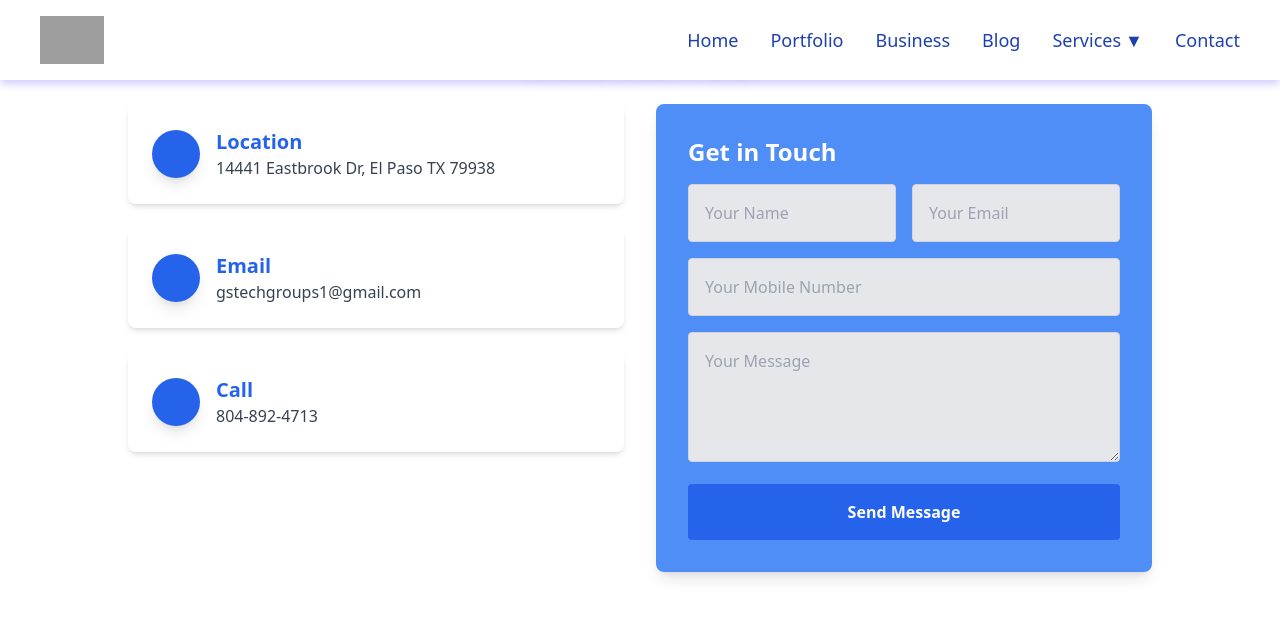
Repository: Rudra-Eswaran/Rudra_Official
Page: /
These files come from the project's save history. The page is drawn as it stood at one moment and after the next save; the edit follows.
The browser window is 1280 px wide. The pictures show the whole page.
Pictures or frames that could not be fetched are drawn as grey boxes. Some web libraries are served in a nearby version. The project was rebuilt for these pictures with package versions that can differ from the ones it lists, and the page was loaded fresh each time. Also part of the build but not shown: vite.config.js.

Above is the page before, as saved 2025-04-15 18:55:50.

After the next save:
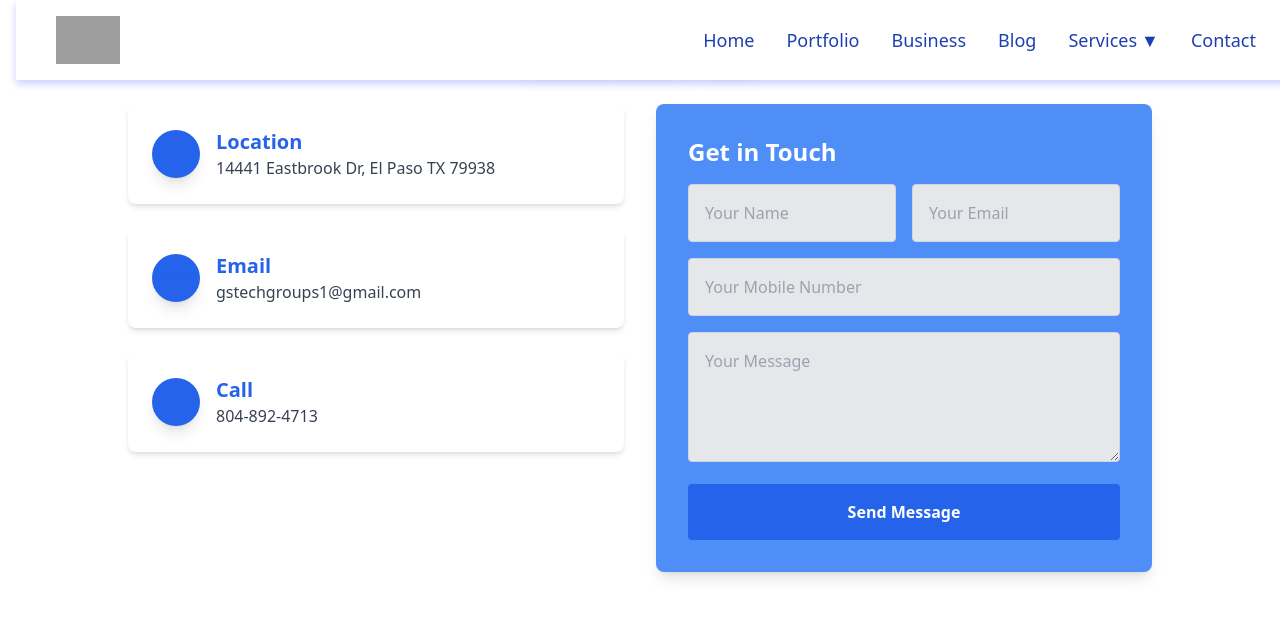
Saved 39 s later.
--- a/src/components/Navbar.jsx
+++ b/src/components/Navbar.jsx
@@ -18,7 +18,7 @@
     <nav
       className={`fixed top-0 left-0 w-full z-10 py-4 transition-all duration-300 ease-in-out ${
         scrolled ? "bg-white shadow-lg" : "bg-white"
-      } px-4 shadow-[0px_4px_8px_0px_rgba(0,0,255,0.2)]`} // Added px-4 for 15px gap and blue shadow
+      } px-4 shadow-[0px_4px_8px_0px_rgba(0,0,255,0.2)] mx-4`} // Added mx-4 to add space around the navbar (external margin)
     >
       <div className="container-fluid md:px-6 mx-auto flex justify-between items-center">
         {/* Logo */}

After the save that followed:
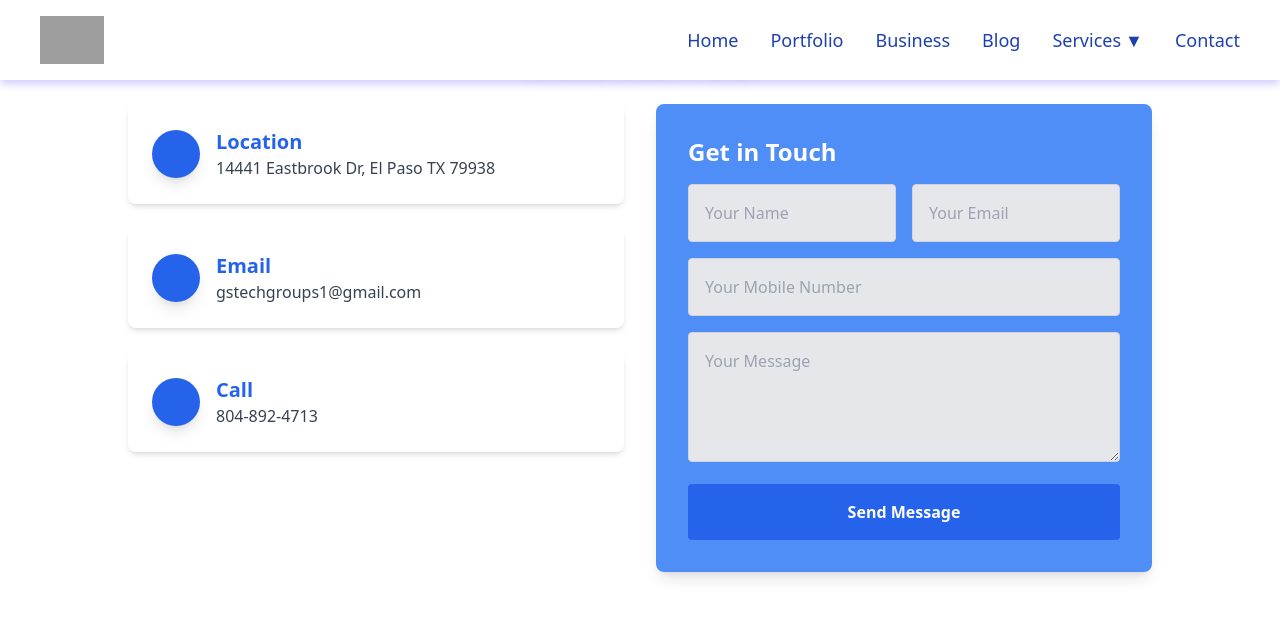
Saved 35 s later.
--- a/src/components/Navbar.jsx
+++ b/src/components/Navbar.jsx
@@ -18,9 +18,9 @@
     <nav
       className={`fixed top-0 left-0 w-full z-10 py-4 transition-all duration-300 ease-in-out ${
         scrolled ? "bg-white shadow-lg" : "bg-white"
-      } px-4 shadow-[0px_4px_8px_0px_rgba(0,0,255,0.2)] mx-4`} // Added mx-4 to add space around the navbar (external margin)
+      } px-4 shadow-[0px_4px_8px_0px_rgba(0,0,255,0.2)]`}
     >
-      <div className="container-fluid md:px-6 mx-auto flex justify-between items-center">
+      <div className="max-w-full mx-auto flex justify-between items-center px-4 md:px-6">
         {/* Logo */}
         <div className="flex items-center space-x-2">
           <img
